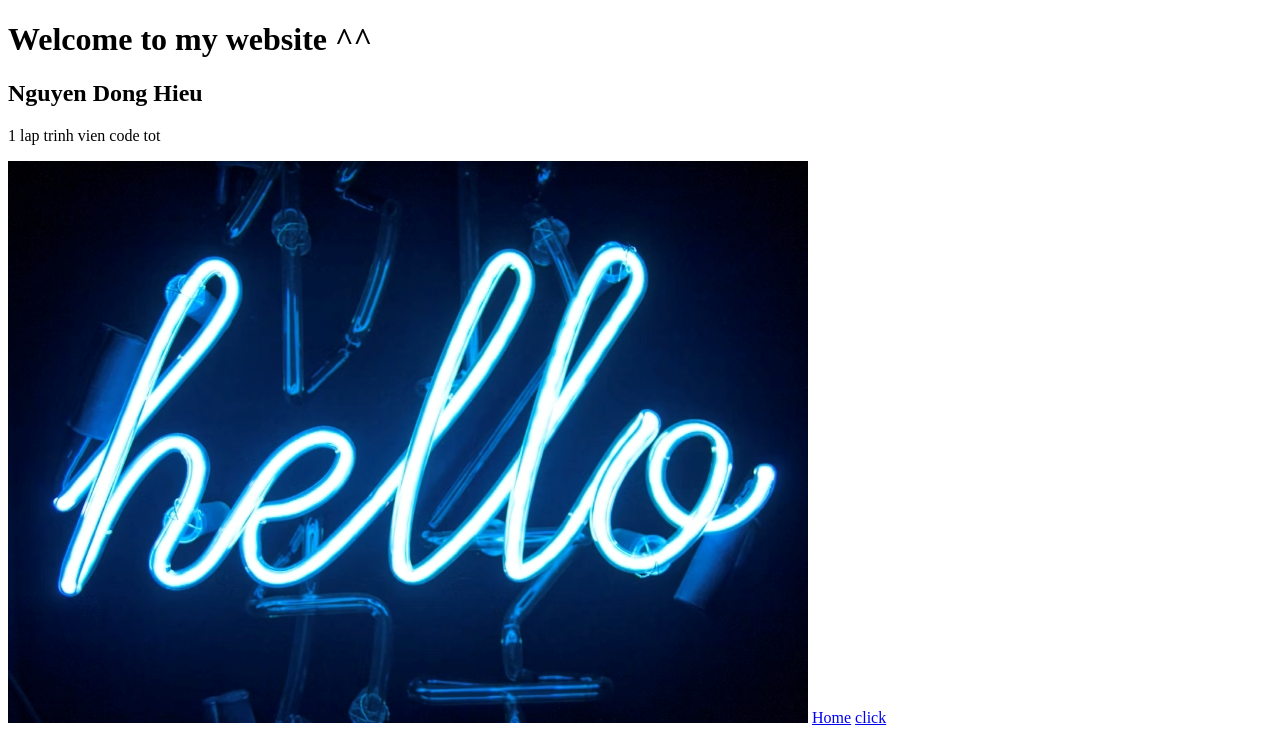
Repository: nguyendonghieu1011-png/project2
Page: more-info/index.html
The author's editor kept a copy of each file at every save. The page is drawn from the files as they stood at one save, then again after the next save.
The browser window is 1280 px wide. The pictures show the whole page.

Above is the page before, as saved 2025-11-05 22:00:23.

### more-info/index.html
<!DOCTYPE html>
<html lang="en">
  <head>
    <meta charset="UTF-8" />
    <meta name="viewport" content="width=device-width, initial-scale=1.0" />
    <title>Hello</title>
  </head>
  <body>
    <h1>Welcome to my website ^^</h1>

    <h2>Nguyen Dong Hieu</h2>
    <p>1 lap trinh vien code tot</p>
    <img src="../img/hello.jpg" />

    <!-- 1. điều hướng đến trang chủ -->
    <a href="/more-info/index.html">Home</a>
    <!-- 2. điều hướng đến happy.html -->
    <a href="/more-info/happy.html">click</a>
  </body>
</html>

After the next save:
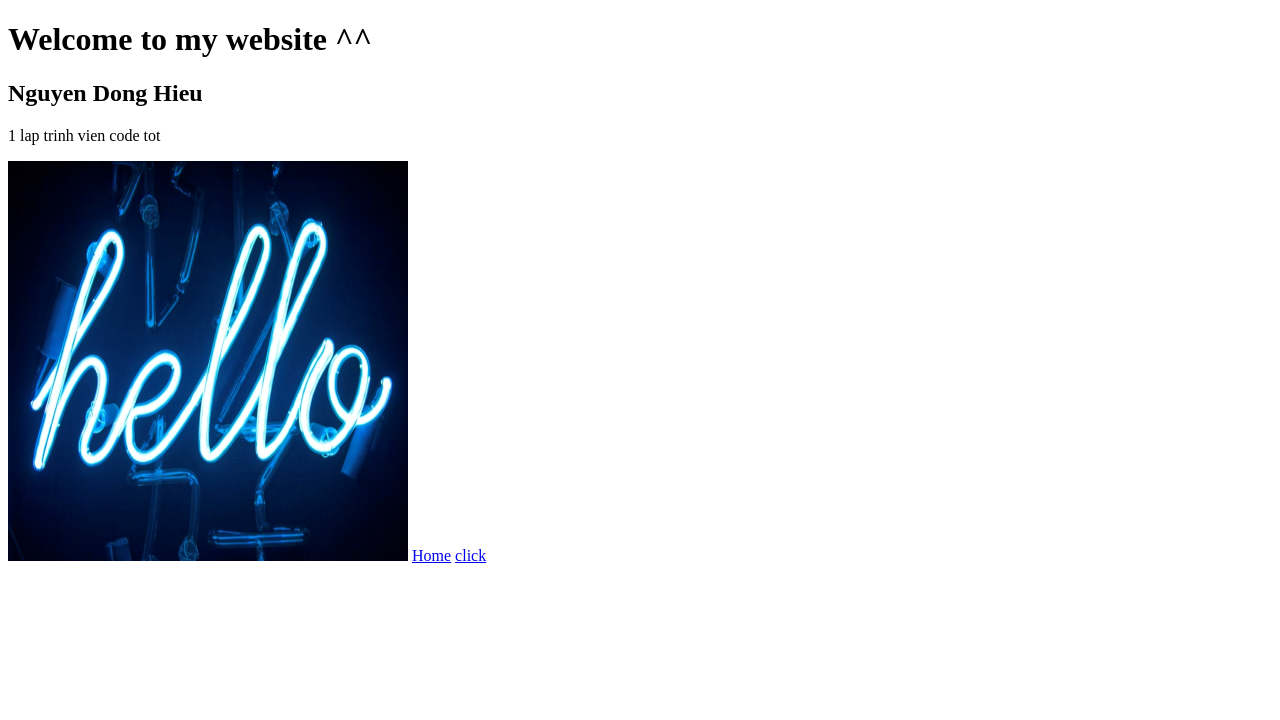
Saved 26 s later.
--- a/more-info/index.html
+++ b/more-info/index.html
@@ -10,7 +10,7 @@
 
     <h2>Nguyen Dong Hieu</h2>
     <p>1 lap trinh vien code tot</p>
-    <img src="../img/hello.jpg" />
+    <img src="../img/hello.jpg" width="400px" height="400px" />
 
     <!-- 1. điều hướng đến trang chủ -->
     <a href="/more-info/index.html">Home</a>
